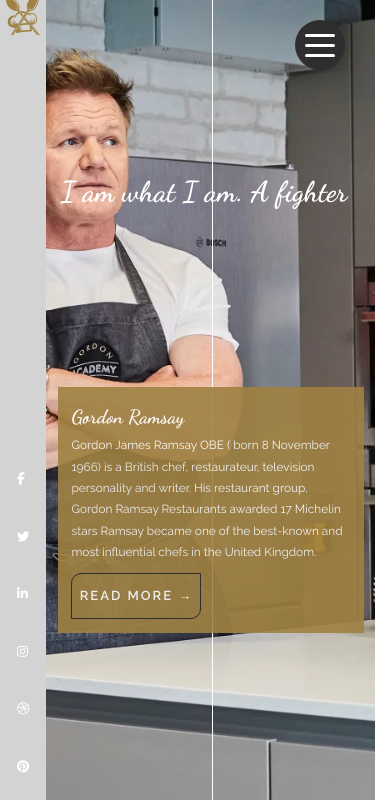
Repository: Esraa22M/Gordon-Ramsay-Biography
Page: index.html
The author's editor kept a copy of each file at every save. The page is drawn from the files as they stood at one save, then again after the next save.
The browser window is 375 px wide. The pictures show the whole page.
Some web libraries are served in a nearby version.

Above is the page before, as saved 2022-12-13 16:34:52.

After the next save:
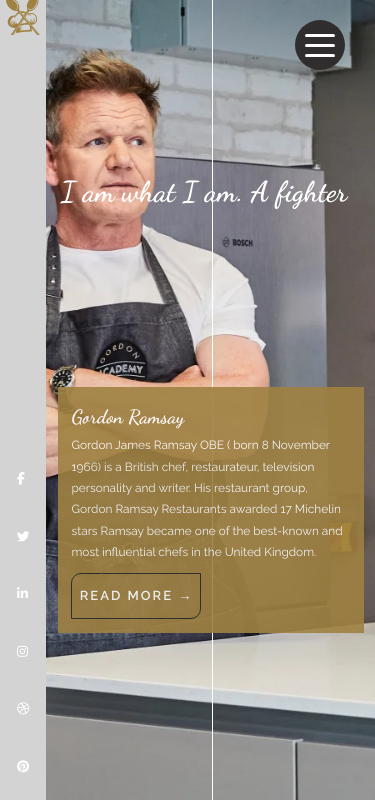
Saved 23 s later.
--- a/style.css
+++ b/style.css
@@ -310,6 +310,6 @@
   }
     section#show-case {
     align-items: center;
-    background-position: center;
-  }
-}
+    background-position: 40%;
+  }
+}
